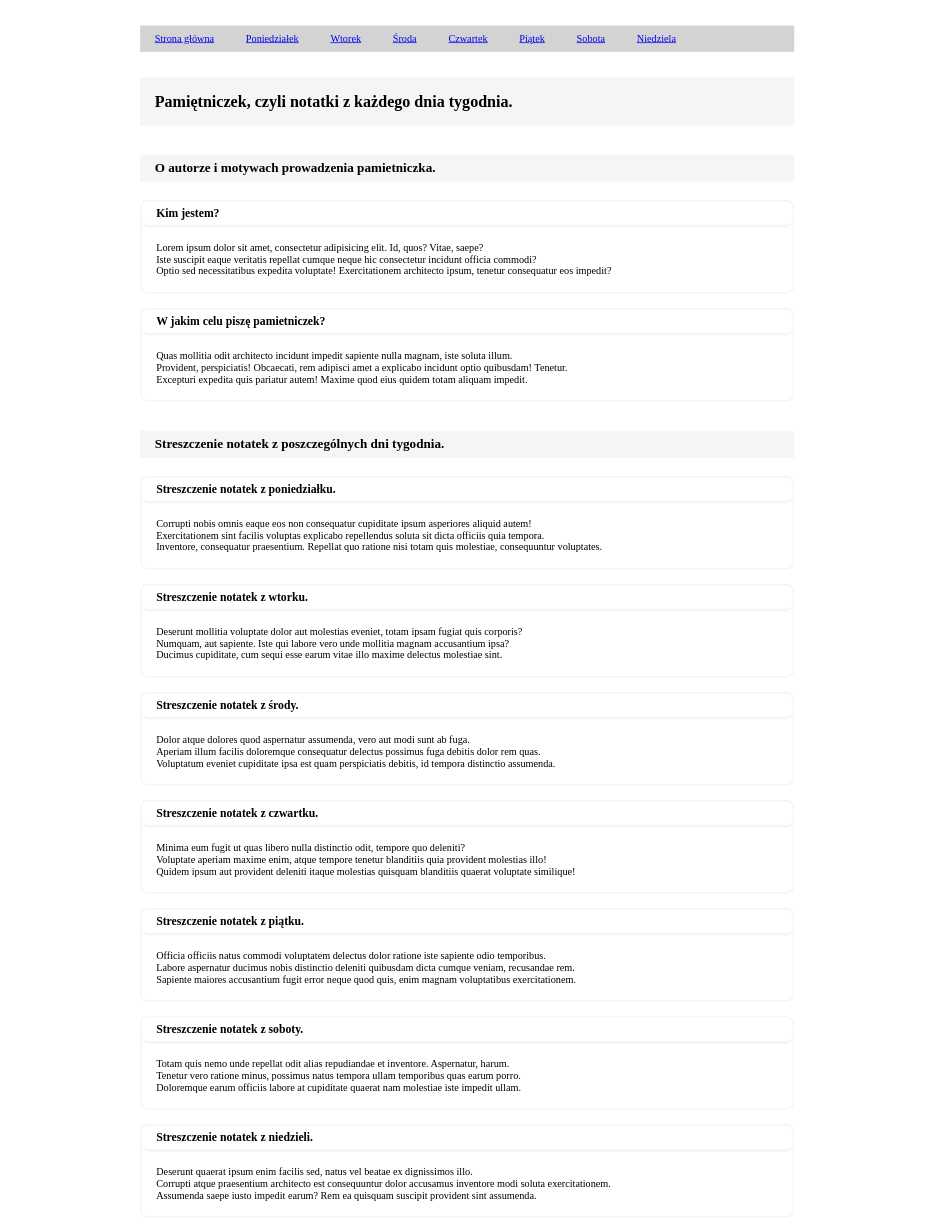
Repository: ArturNatwora/hompage
Page: index.html
An editor plug-in stored every save of this project. The page is shown before and after the next save, followed by the edit.
The browser window is 1280 px wide. The pictures show the whole page, at 73% of full size.

Above is the page before, as saved 2019-06-11 19:49:35.

After the next save:
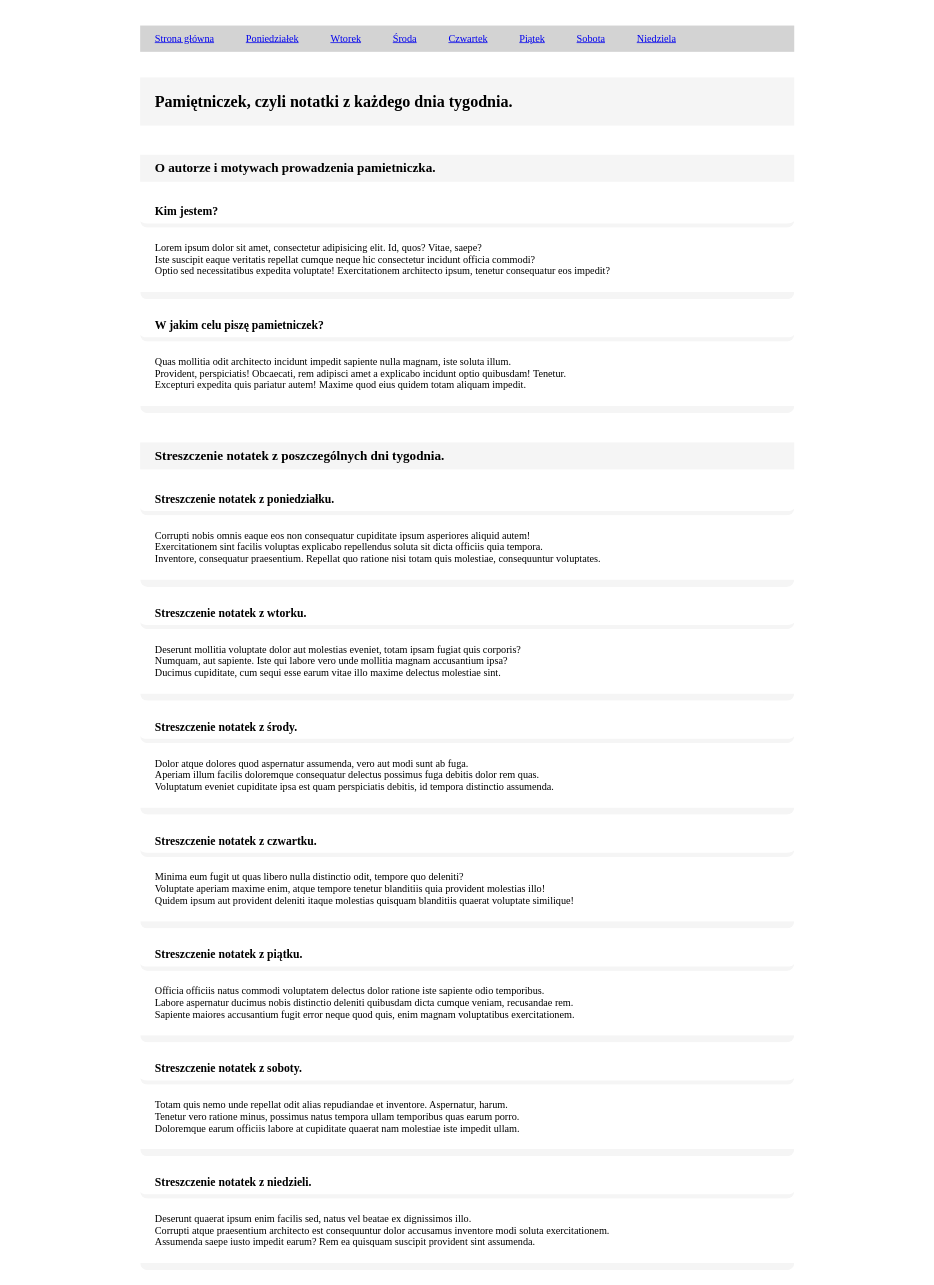
Saved 74 s later.
--- a/index.css
+++ b/index.css
@@ -67,7 +67,8 @@ body{
     display: block;
     margin:0 0 20px 0;
     padding:0 0 20px 0px;
-    border: 2px solid;
+    border-width: 0 0 10px 0 ;
+    border-style: solid;
     border-color: whitesmoke;
     border-radius: 10px;
 
@@ -78,7 +79,7 @@ body{
     margin:0 0 20px 0 ;
     padding: 7px 20px;
 
-    border-width: 0 0 4px 0 ;
+    border-width: 0 0 6px 0 ;
     border-style: solid;
     border-color: whitesmoke;
     border-radius: 10px;
